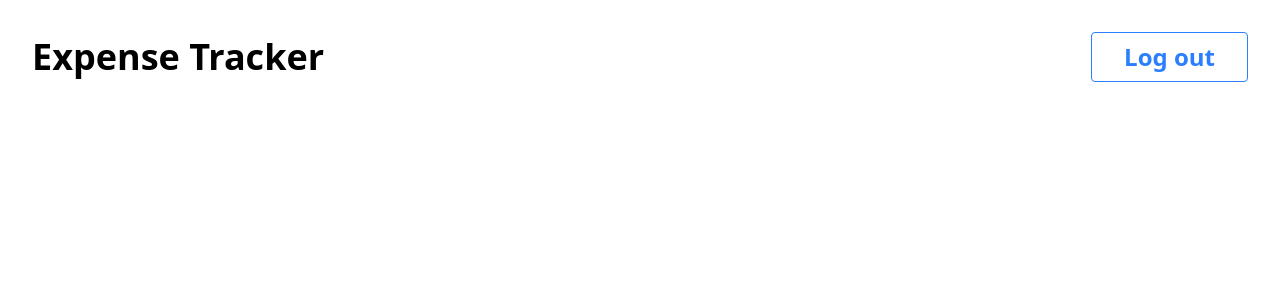
Repository: Syed-Mohsin-Ali786/frontend-expense-tracker
Page: /
These files come from the project's save history. The page is drawn as it stood at one moment and after the next save; the edit follows.
The browser window is 1280 px wide. The pictures show the whole page.
The project was rebuilt for these pictures with package versions that can differ from the ones it lists, and the page was loaded fresh each time.

Above is the page before, as saved 2025-09-28 13:55:58.

After the next save:
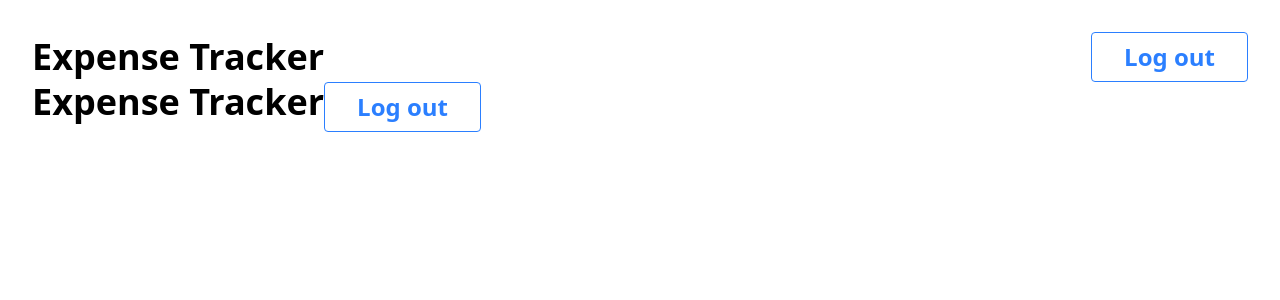
Saved 6 min 10 s later.
--- a/src/App.tsx
+++ b/src/App.tsx
@@ -6,12 +6,24 @@ function App() {
 
   return (
     <div className=' mt-4 mx-4 p-4'>
+      {/* Header */}
       <header className='flex items-center justify-between'>
      <h1 className='text-4xl  font-semibold'>Expense Tracker</h1>
      <button className=' border border-blue-500 py-2 px-3 md:px-6 lg:px-8 rounded font-semibold text-blue-500 text-2xl '>Log out</button>
       </header>
+
+      {/* The main page */}
 <section>
+  {/* Expenses */}
+<div className='flex'>
+<h1 className='text-4xl  font-semibold'>Expense Tracker</h1>
+     <button className=' border border-blue-500 py-2 px-3 md:px-6 lg:px-8 rounded font-semibold text-blue-500 text-2xl '>Log out</button>
 
+</div>
+{/* Charts */}
+<div>
+
+</div>
 </section>
     </div>
   )
